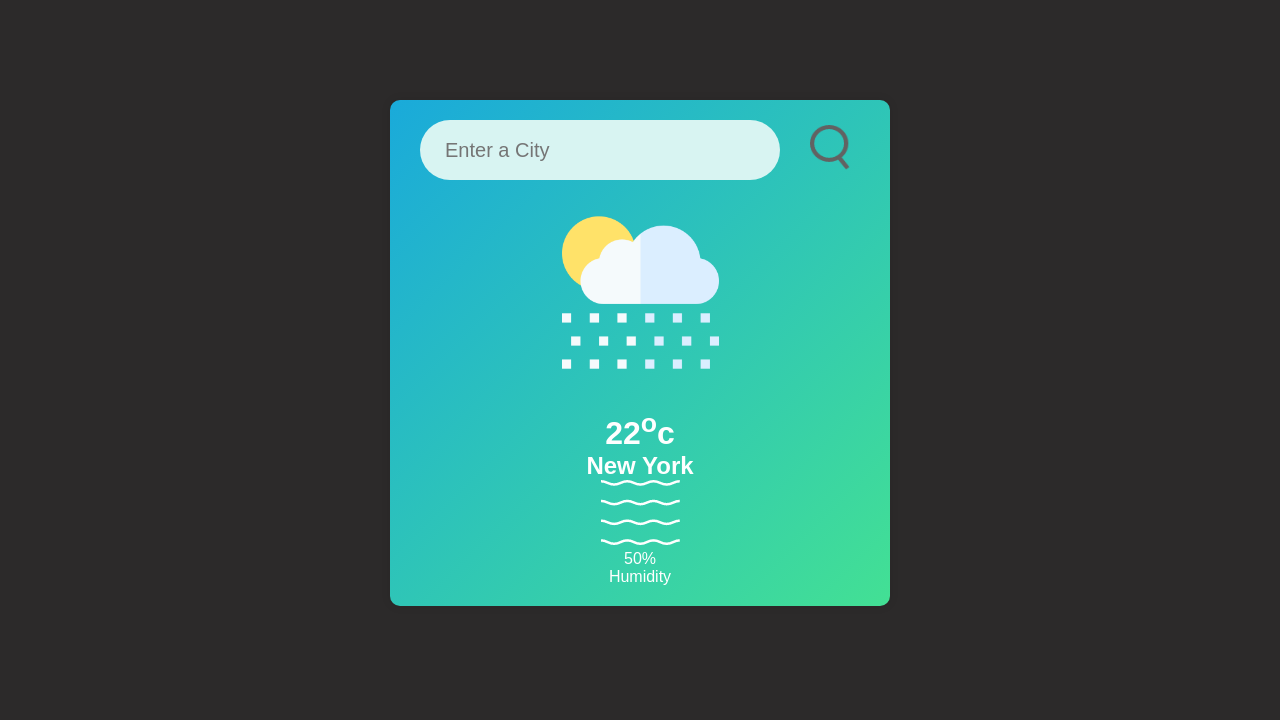
Repository: Haakim19/weatherApp
Page: index.html
An editor plug-in stored every save of this project. The page is shown before and after the next save, followed by the edit.
The browser window is 1280 px wide. The pictures show the whole page.

Above is the page before, as saved 2024-11-16 21:15:38.

After the next save:
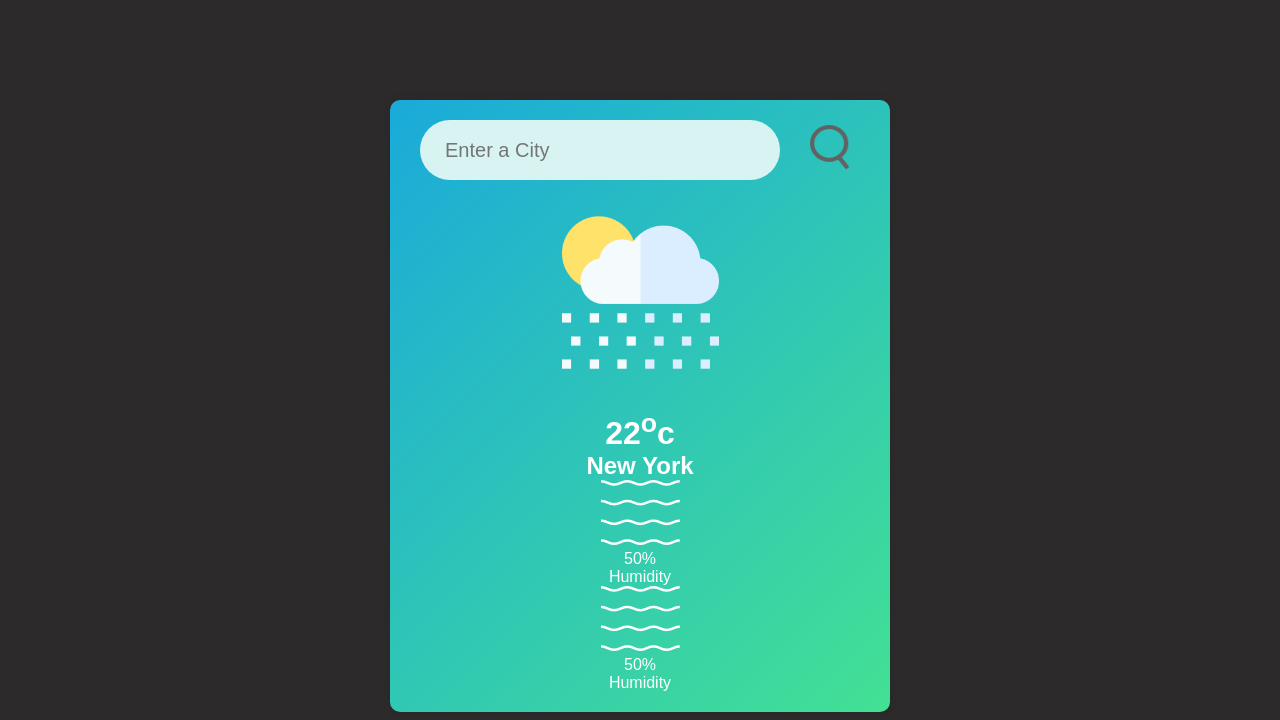
Saved 43 s later.
--- a/index.html
+++ b/index.html
@@ -21,8 +21,18 @@
             <div class="col">
                 <img src="images/humidity.png">
             </div>
-            <p class="humidity">50%</p>
-            <p>Humidity</p>
+            <div>
+                <p class="humidity">50%</p>
+                <p>Humidity</p>
+            </div>
+
+            <div class="col">
+                <img src="images/humidity.png">
+            </div>
+            <div>
+                <p class="humidity">50%</p>
+                <p>Humidity</p>
+            </div>
 
         </div>
     </div>
